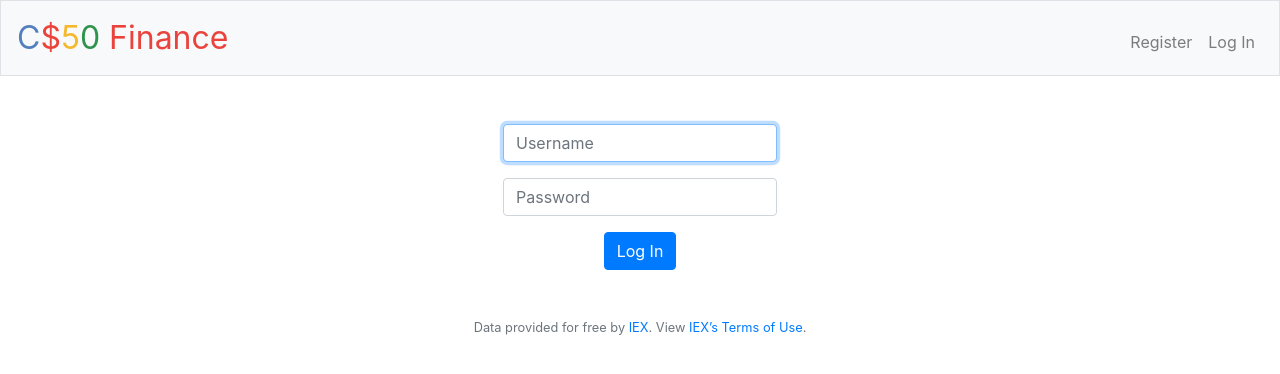
Repository: mskurnickcode/coupleDo
Page: finance/templates/quote.html
The author's editor kept a record of every edit. The page is drawn from the files as they stood at one moment, then again after the next edit.
The browser window is 1280 px wide. The pictures show the whole page.
The template is drawn by Flask 3. The application's start-up code is not run. Other server files are loaded and not shown. The template is opened directly, without the code that normally fills it, so the values that code supplies are empty.

Above is the page before.

### ubuntu/finance/templates/quote.html
{% extends "layout.html" %}

{% block title %}
    Log In
{% endblock %}

{% block main %}
    <form action="/quote" method="post">
        <div class="form-group">
            <input autocomplete="off" autofocus class="form-control" name="username" placeholder="Username" type="text">
        </div>
        <div class="form-group">
            <input class="form-control" name="password" placeholder="Password" type="password">
        </div>
        <button class="btn btn-primary" type="submit">Log In</button>
    </form>
{% endblock %}

### ubuntu/finance/templates/layout.html
<!DOCTYPE html>

<html lang="en">

    <head>

        <!-- Required meta tags -->
        <meta charset="utf-8">
        <meta name="viewport" content="width=device-width, initial-scale=1, shrink-to-fit=no">

        <!-- documentation at http://getbootstrap.com/docs/4.1/, alternative themes at https://bootswatch.com/ -->
        <link href="https://maxcdn.bootstrapcdn.com/bootstrap/4.1.3/css/bootstrap.min.css" rel="stylesheet">

        <!-- https://favicon.io/emoji-favicons/money-mouth-face/ -->
        <link href="/static/favicon.ico" rel="icon">

        <link href="/static/styles.css" rel="stylesheet">

        <script src="https://code.jquery.com/jquery-3.3.1.min.js"></script>
        <script src="https://cdnjs.cloudflare.com/ajax/libs/popper.js/1.14.3/umd/popper.min.js"></script>
        <script src="https://maxcdn.bootstrapcdn.com/bootstrap/4.1.3/js/bootstrap.min.js"></script>


        <title>C$50 Finance: {% block title %}{% endblock %}</title>

    </head>

    <body>

        <nav class="navbar navbar-expand-md navbar-light bg-light border">
            <a class="navbar-brand" href="/"><span class="blue">C</span><span class="red">$</span><span class="yellow">5</span><span class="green">0</span> <span class="red">Finance</span></a>
            <button aria-controls="navbar" aria-expanded="false" aria-label="Toggle navigation" class="navbar-toggler" data-target="#navbar" data-toggle="collapse" type="button">
                <span class="navbar-toggler-icon"></span>
            </button>
            <div class="collapse navbar-collapse" id="navbar">
                {% if session.user_id %}
                    <ul class="navbar-nav mr-auto mt-2">
                        <li class="nav-item"><a class="nav-link" href="/quote">Quote</a></li>
                        <li class="nav-item"><a class="nav-link" href="/buy">Buy</a></li>
                        <li class="nav-item"><a class="nav-link" href="/sell">Sell</a></li>
                        <li class="nav-item"><a class="nav-link" href="/history">History</a></li>
                    </ul>
                    <ul class="navbar-nav ml-auto mt-2">
                        <li class="nav-item"><a class="nav-link" href="/logout">Log Out</a></li>
                    </ul>
                {% else %}
                    <ul class="navbar-nav ml-auto mt-2">
                        <li class="nav-item"><a class="nav-link" href="/register">Register</a></li>
                        <li class="nav-item"><a class="nav-link" href="/login">Log In</a></li>
                    </ul>
                {% endif %}
            </div>
        </nav>

        {% if get_flashed_messages() %}
            <header>
                <div class="alert alert-primary border text-center" role="alert">
                    {{ get_flashed_messages() | join(" ") }}
                </div>
            </header>
        {% endif %}

        <main class="container p-5">
            {% block main %}{% endblock %}
        </main>

        <footer class="small text-center text-muted">
            Data provided for free by <a href="https://iextrading.com/developer">IEX</a>. View <a href="https://iextrading.com/api-exhibit-a/">IEX’s Terms of Use</a>.
        </footer>

    </body>

</html>

Loaded but not shown: ubuntu/finance/static/styles.css (common file)

After the next edit:
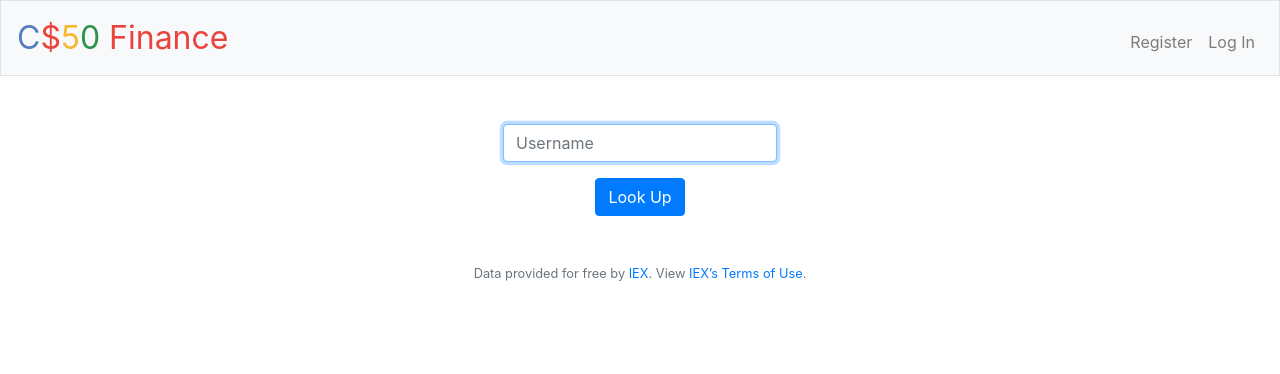
The edit:
--- a/ubuntu/finance/templates/quote.html
+++ b/ubuntu/finance/templates/quote.html
@@ -9,9 +9,6 @@
         <div class="form-group">
             <input autocomplete="off" autofocus class="form-control" name="username" placeholder="Username" type="text">
         </div>
-        <div class="form-group">
-            <input class="form-control" name="password" placeholder="Password" type="password">
-        </div>
-        <button class="btn btn-primary" type="submit">Log In</button>
+        <button class="btn btn-primary" type="submit">Look Up</button>
     </form>
 {% endblock %}
